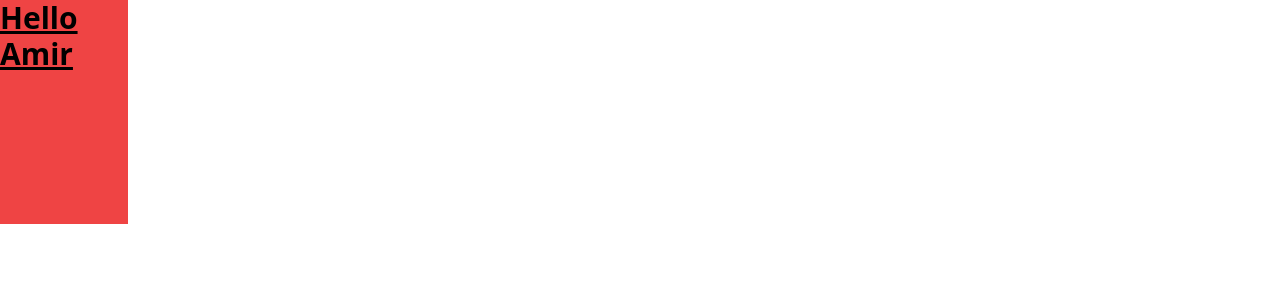
Repository: saad-elabboubi/tahalkobra
Page: /
These files come from the project's save history. The page is drawn as it stood at one moment and after the next save; the edit follows.
The browser window is 1280 px wide. The pictures show the whole page.
The project was rebuilt for these pictures with package versions that can differ from the ones it lists, and the page was loaded fresh each time. The framework's server and built-in components were replaced by stand-ins that run in the browser. Also part of the build but not shown: svelte.config.js, vite.config.ts.

Above is the page before, as saved 2023-04-08 17:38:22.

After the next save:
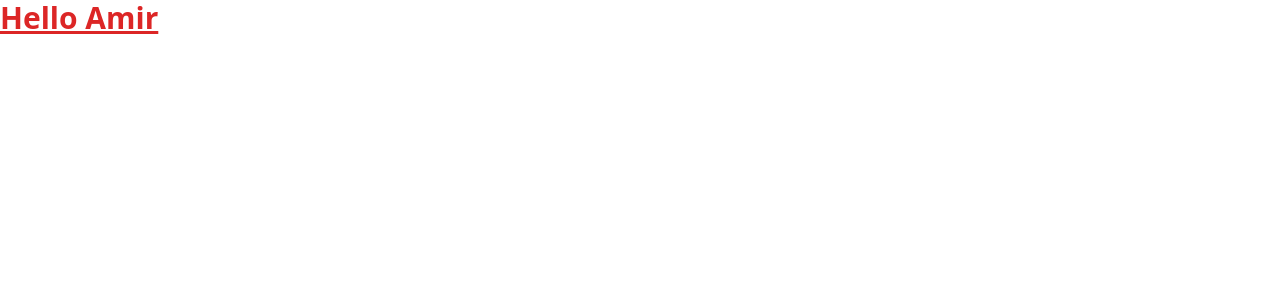
Saved 40 s later.
--- a/src/routes/+page.svelte
+++ b/src/routes/+page.svelte
@@ -1,6 +1,3 @@
-<div class="bg-red-500 h-56 w-32">
-<h1 class="text-3xl font-bold underline">
+<h1 class="text-3xl font-bold underline text-red-600">
     Hello Amir
   </h1>
-
-</div>
